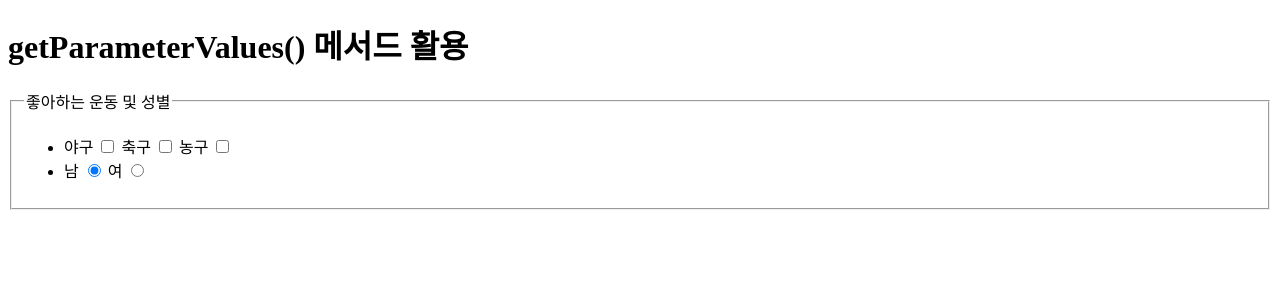
Repository: ghs0814/jsp-workspace
Page: http://localhost/ServletProject/login/Sport.jsp
The author's editor kept a copy of each file at every save. The page is drawn from the files as they stood at one save, then again after the next save.
The browser window is 1280 px wide. The pictures show the whole page.
The page is served by Tomcat 9.

Above is the page before, as saved 2026-05-20 04:07:12.

After the next save:
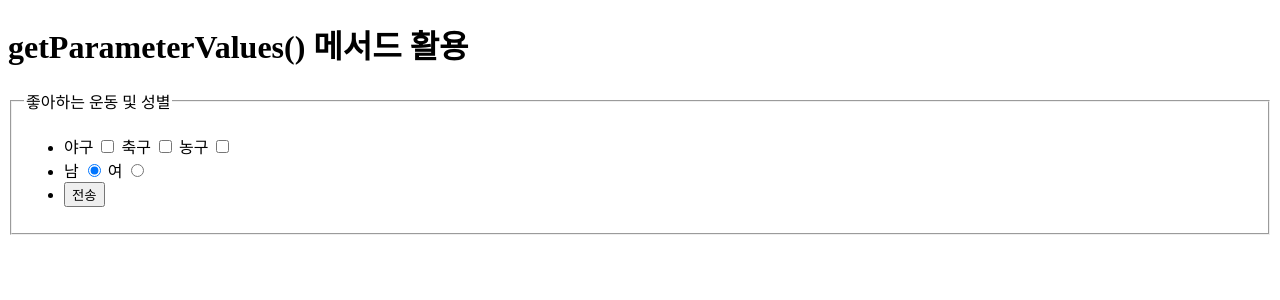
Saved 18 s later.
--- a/ServletProject/src/main/webapp/login/Sport.jsp
+++ b/ServletProject/src/main/webapp/login/Sport.jsp
@@ -27,6 +27,9 @@
 						<label>여</label>
 						<input type="radio" name="gender" value="여자" >
 					</li>
+					<li>
+						<input type="submit" value="전송">
+					</li>
 				</ul>
 		</fieldset>
 
